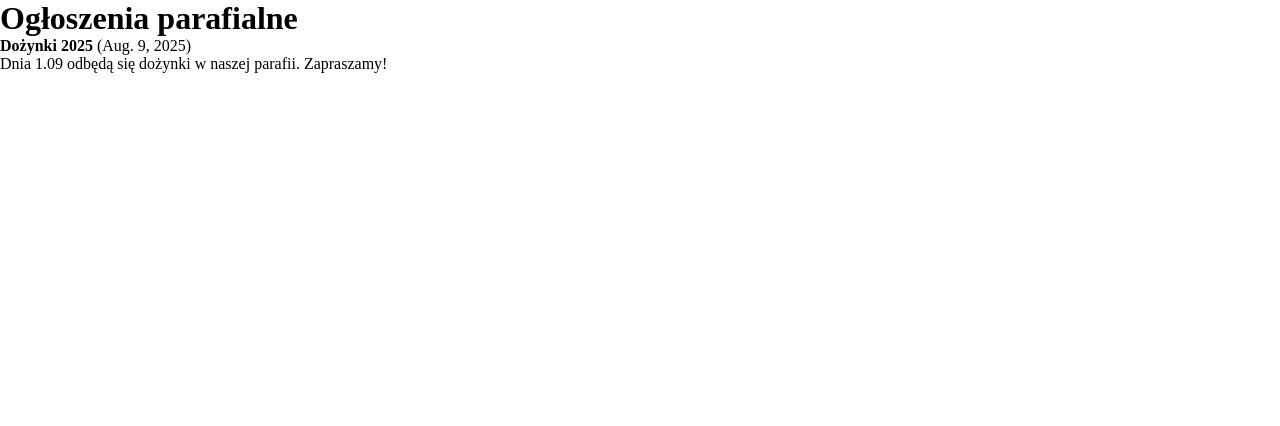
Repository: peatahaya/AmenSite
Page: http://localhost/
The author's editor kept a copy of each file at every save. The page is drawn from the files as they stood at one save, then again after the next save.
The browser window is 1280 px wide. The pictures show the whole page.
The page is served by the project's application, run on Django 5.2 (manage.py). Other server files are loaded and not shown. The page reads the database file committed with the project.

Above is the page before, as saved 2025-08-09 07:19:44.

### parish/templates/parish/home.html
<!DOCTYPE html>
<html lang="pl">

  <head>
    <meta charset="UTF-8" />
    <title>Strona Parafii</title>
    {% load static %}
    <link rel="stylesheet" href="{% static 'parish/css/style.css' %}">

  </head>

  <body>
    <h1>Ogłoszenia parafialne</h1>
    <ul>
      {% for ann in announcements %}
      <li>
        <strong>{{ ann.title }}</strong> ({{ ann.date }})<br />
        {{ ann.content }}
      </li>
      {% empty %}
      <li>Brak ogłoszeń.</li>
      {% endfor %}
    </ul>
  </body>

</html>

### parish/models.py
from django.db import models

class Announcement(models.Model):
    title = models.CharField(max_length=200)
    date = models.DateField(auto_now_add=True)
    content = models.TextField()

    def __str__(self):
        return self.title

### parish/views.py
from django.shortcuts import render
from .models import Announcement

def home(request):
    announcements = Announcement.objects.order_by('-date')
    return render(request, 'parish/home.html', {'announcements': announcements})

### parafia_backend/urls.py
from django.contrib import admin
from django.urls import path, include

urlpatterns = [
    path('admin/', admin.site.urls),
    path('', include('parish.urls')),  # strona główna z parish app
]

### parish/static/parish/css/style.css
/* Reset i podstawy */
* {
	margin: 0;
	padding: 0;
	box-sizing: border-box;
}

body.body {
	font-family: 'Segoe UI', Tahoma, Geneva, Verdana, sans-serif;
	background-color: #fafafa;
	color: #222;
	line-height: 1.6;
	padding: 20px;
	max-width: 900px;
	margin: 0 auto;
}

/* Nagłówek i nawigacja */
.header {
	background-color: #2c3e50;
	padding: 15px 20px;
	border-radius: 6px;
	margin-bottom: 30px;
	box-shadow: 0 2px 5px rgba(0, 0, 0, 0.1);
}

.nav__list {
	list-style: none;
	display: flex;
	gap: 25px;
	justify-content: center;
}

.nav__item {
}

.nav__link {
	color: #ecf0f1;
	text-decoration: none;
	font-weight: 600;
	font-size: 1.1rem;
	transition: color 0.3s ease;
}

.nav__link:hover,
.nav__link:focus {
	color: #1abc9c; /* delikatny turkus */
	outline: none;
}

/* Główna zawartość */
.main-content__title {
	font-size: 2.5rem;
	margin-bottom: 25px;
	text-align: center;
	color: #34495e;
	font-weight: 700;
}

/* Lista ogłoszeń */
.announcement-list {
	list-style: none;
	display: flex;
	flex-direction: column;
	gap: 20px;
}

.announcement-list__item {
	background: white;
	padding: 18px 22px;
	border-radius: 8px;
	box-shadow: 0 2px 6px rgba(0, 0, 0, 0.05);
	transition: box-shadow 0.3s ease;
}

.announcement-list__item:hover {
	box-shadow: 0 4px 12px rgba(26, 188, 156, 0.25);
}

.announcement-list__title {
	font-size: 1.3rem;
	color: #16a085; /* ciemniejszy turkus */
	font-weight: 700;
}

.announcement-list__date {
	font-size: 0.9rem;
	color: #7f8c8d;
	margin-left: 8px;
	font-style: italic;
}

.announcement-list__content {
	margin-top: 8px;
	font-size: 1rem;
	color: #2c3e50;
}

/* Styl dla pustej listy */
.announcement-list__empty {
	text-align: center;
	color: #95a5a6;
	font-style: italic;
	font-size: 1.1rem;
}

/* Stopka */
.footer {
	margin-top: 50px;
	padding: 15px 0;
	text-align: center;
	font-size: 0.9rem;
	color: #95a5a6;
	border-top: 1px solid #ddd;
}

/* Responsywność */
@media (max-width: 600px) {
	.nav__list {
		flex-direction: column;
		gap: 15px;
	}

	body.body {
		padding: 15px;
		max-width: 100%;
	}

	.main-content__title {
		font-size: 2rem;
	}

	.announcement-list__item {
		padding: 15px;
	}
}

### db.sqlite3 (the tables this page reads, as SQL)
CREATE TABLE "parish_announcement" ("id" integer NOT NULL PRIMARY KEY AUTOINCREMENT, "title" varchar(200) NOT NULL, "date" date NOT NULL, "content" text NOT NULL);
INSERT INTO "parish_announcement" VALUES
(1, 'Dożynki 2025', '2025-08-09', 'Dnia 1.09 odbędą się dożynki w naszej parafii. Zapraszamy!');

Loaded but not shown: parish/urls.py (common file)

After the next save:
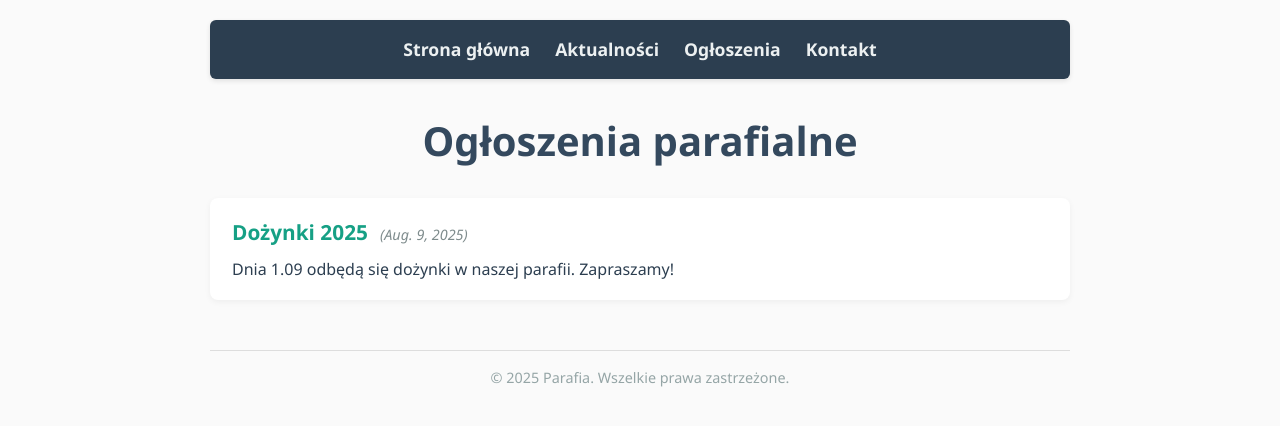
Saved 5 min 51 s later.
--- a/parish/templates/parish/home.html
+++ b/parish/templates/parish/home.html
@@ -1,26 +1,46 @@
+{% load static %}
 <!DOCTYPE html>
 <html lang="pl">
 
   <head>
     <meta charset="UTF-8" />
-    <title>Strona Parafii</title>
-    {% load static %}
-    <link rel="stylesheet" href="{% static 'parish/css/style.css' %}">
-
+    <meta name="viewport" content="width=device-width, initial-scale=1" />
+    <title>Parafia - Strona główna</title>
+    <link rel="stylesheet" href="{% static 'parish/css/style.css' %}" />
   </head>
 
-  <body>
-    <h1>Ogłoszenia parafialne</h1>
-    <ul>
-      {% for ann in announcements %}
-      <li>
-        <strong>{{ ann.title }}</strong> ({{ ann.date }})<br />
-        {{ ann.content }}
-      </li>
-      {% empty %}
-      <li>Brak ogłoszeń.</li>
-      {% endfor %}
-    </ul>
+  <body class="body">
+
+    <header class="header">
+      <nav class="nav">
+        <ul class="nav__list">
+          <li class="nav__item"><a class="nav__link" href="/">Strona główna</a></li>
+          <li class="nav__item"><a class="nav__link" href="#">Aktualności</a></li>
+          <li class="nav__item"><a class="nav__link" href="#">Ogłoszenia</a></li>
+          <li class="nav__item"><a class="nav__link" href="#">Kontakt</a></li>
+        </ul>
+      </nav>
+    </header>
+
+    <main class="main-content">
+      <h1 class="main-content__title">Ogłoszenia parafialne</h1>
+      <ul class="announcement-list">
+        {% for ann in announcements %}
+        <li class="announcement-list__item">
+          <strong class="announcement-list__title">{{ ann.title }}</strong>
+          <span class="announcement-list__date">({{ ann.date }})</span><br />
+          <p class="announcement-list__content">{{ ann.content }}</p>
+        </li>
+        {% empty %}
+        <li class="announcement-list__empty">Brak ogłoszeń.</li>
+        {% endfor %}
+      </ul>
+    </main>
+
+    <footer class="footer">
+      <p class="footer__text">© 2025 Parafia. Wszelkie prawa zastrzeżone.</p>
+    </footer>
+
   </body>
 
 </html>
